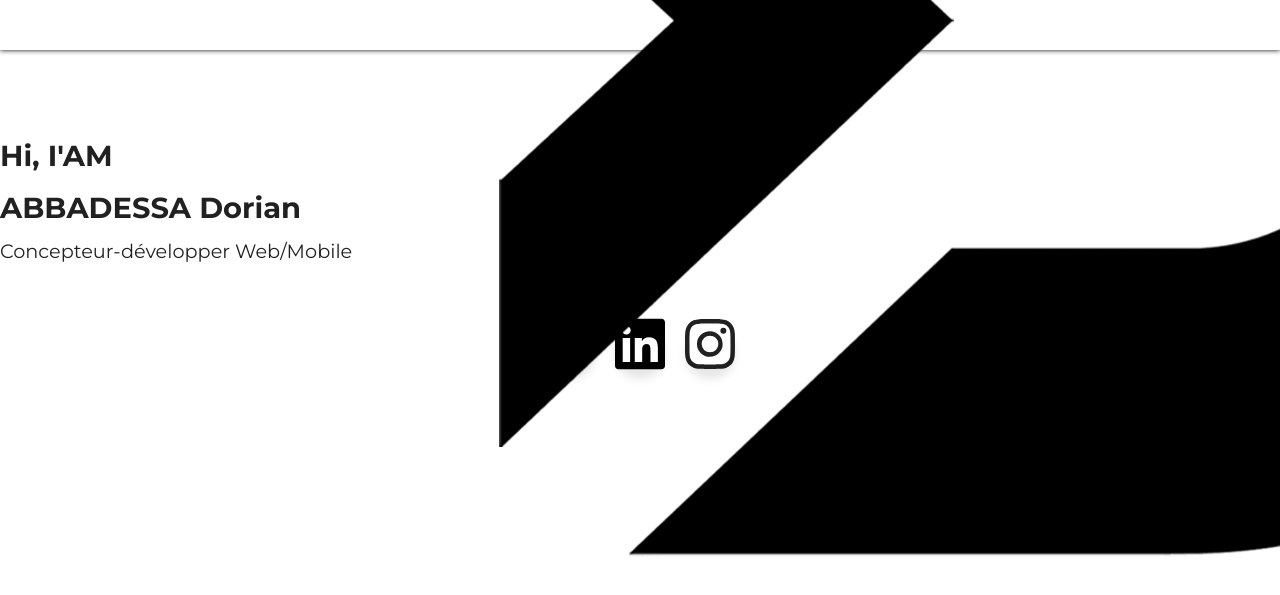
Repository: DorianABDS/Portfolio-ABBADESSA-Dorian
Page: index.html
The author's editor kept a copy of each file at every save. The page is drawn from the files as they stood at one save, then again after the next save.
The browser window is 1280 px wide. The pictures show the window.
A layer covers the whole window, so only the first screen is drawn.

Above is the page before, as saved 2024-11-27 23:12:51.

### index.html
<!DOCTYPE html>
<html lang="fr">
<head>
    <meta charset="UTF-8">
    <meta name="viewport" content="width=device-width, initial-scale=1.0">
    <meta charset="UTF-8">
    <meta name="viewport" content="width=device-width, initial-scale=1.0">
    <meta name="keywords" content="Portfolio, ABBADESSA Dorian, Web developper">
    <title>ABBADESSA Dorian - Portfolio</title>
    <link rel="shortcute icon" href="/src/img/Logo Div.png">
    <link rel="stylesheet" href="style.css">
</head>
<body>
    <header class="header">
        <nav class="navbar">
            <a href="index.html" class="logo"><img src="/src/img/Logo plat Div noir.png" alt=""></a>
            <div class="nav-links">
                <ul>
                    <li><a href="index.html">Accueil</a></li>
                    <li><a href="articles.html">Articles</a></li>
                    <li><a href="apropos.html">À propos</a></li>
                    <li><a href="contact.html">Contact</a></li>
                </ul>
            </div>
            <img src="/src/img/bars-solid.svg" alt="menu hamburger" class="menu-hamburger">
        </nav>
        <!-- <div class="social">
            <a href="#" title="Facebook"><img src="/src/img/icone Github.png" alt=""></a>
            <a href="#" title="Twitter"><img src="src/img/icone Linkedin.png" alt=""></a>
        </div> -->
    </header>
    <main>
        <section class="accueil">
            <div class="container-accueil">
                <h2>Hi, I'AM</h2>
                <h1><span>ABBADESSA Dorian</span></h1>
                <p>Concepteur-développer Web/Mobile</p>
                <div class="social">
                  <ul class="wrapper">
                    <li class="icon facebook">
                      <span class="tooltip">Facebook</span>
                      <img src="/src/img/github-brands-solid.svg" alt="">
                    </li>
                    <li class="icon twitter">
                      <span class="tooltip">Twitter</span>
                      <img src="/src/img/linkedin-brands-solid.svg" alt="">
                    </li>
                    <li class="icon instagram">
                      <span class="tooltip">Instagram</span>
                      <svg
                        xmlns="http://www.w3.org/2000/svg"
                        fill="currentColor"
                        class="bi bi-instagram"
                        viewBox="0 0 16 16"
                      >
                        <path
                          d="M8 0C5.829 0 5.556.01 4.703.048 3.85.088 3.269.222 2.76.42a3.917 3.917 0 0 0-1.417.923A3.927 3.927 0 0 0 .42 2.76C.222 3.268.087 3.85.048 4.7.01 5.555 0 5.827 0 8.001c0 2.172.01 2.444.048 3.297.04.852.174 1.433.372 1.942.205.526.478.972.923 1.417.444.445.89.719 1.416.923.51.198 1.09.333 1.942.372C5.555 15.99 5.827 16 8 16s2.444-.01 3.298-.048c.851-.04 1.434-.174 1.943-.372a3.916 3.916 0 0 0 1.416-.923c.445-.445.718-.891.923-1.417.197-.509.332-1.09.372-1.942C15.99 10.445 16 10.173 16 8s-.01-2.445-.048-3.299c-.04-.851-.175-1.433-.372-1.941a3.926 3.926 0 0 0-.923-1.417A3.911 3.911 0 0 0 13.24.42c-.51-.198-1.092-.333-1.943-.372C10.443.01 10.172 0 7.998 0h.003zm-.717 1.442h.718c2.136 0 2.389.007 3.232.046.78.035 1.204.166 1.486.275.373.145.64.319.92.599.28.28.453.546.598.92.11.281.24.705.275 1.485.039.843.047 1.096.047 3.231s-.008 2.389-.047 3.232c-.035.78-.166 1.203-.275 1.485a2.47 2.47 0 0 1-.599.919c-.28.28-.546.453-.92.598-.28.11-.704.24-1.485.276-.843.038-1.096.047-3.232.047s-2.39-.009-3.233-.047c-.78-.036-1.203-.166-1.485-.276a2.478 2.478 0 0 1-.92-.598 2.48 2.48 0 0 1-.6-.92c-.109-.281-.24-.705-.275-1.485-.038-.843-.046-1.096-.046-3.233 0-2.136.008-2.388.046-3.231.036-.78.166-1.204.276-1.486.145-.373.319-.64.599-.92.28-.28.546-.453.92-.598.282-.11.705-.24 1.485-.276.738-.034 1.024-.044 2.515-.045v.002zm4.988 1.328a.96.96 0 1 0 0 1.92.96.96 0 0 0 0-1.92zm-4.27 1.122a4.109 4.109 0 1 0 0 8.217 4.109 4.109 0 0 0 0-8.217zm0 1.441a2.667 2.667 0 1 1 0 5.334 2.667 2.667 0 0 1 0-5.334z"
                        ></path>
                      </svg>
                    </li>
                  </ul>

        </section>
        <section class="about-me">
            <div class="container-about-me">
                <h2>Présentation</h2>
                <h1><span>À propos de moi</span></h1>
            </div>
            <div class="card-about-me"></div>
            <div class="texte-about-me"><p>🌍 Étudiant en première année de <span>bachelor en développement web</span> à <span>LaPlateforme</span> à Martigues, étant très <span>créatif</span> et <span>optimiste</span>
              <br>
              🎯 Mon <span>objectif</span> est de rechercher une <span>alternance</span> dans le but de perfectionner mes <span>compétences techniques</span> en développement web et mobile, en vue de mettre en pratique ces compétences pour  concevoir des interfaces modernes, fonctionnelles et adaptées aux besoins des utilisateurs. J’ai pour <span>objectif</span> de devenir un <span>concepteur d’application web et mobile</span>.
              <br>
              🧠 J’aime partager mes <span>connaissances</span>, travailler sur tout type de <span>projets</span> ainsi que mener à bien les <span>missions</span> qui me sont <span>confiés</span>.
              <br>
              Bienvenue sur mon <span>portfolio</span>, je vous y invite et vous ouvres les portes de mon <span>univer</span>.
              </p></div>
        </section>
        <button class="button-cv">
            <svg
                width="24"
                height="24"
                viewBox="0 0 24 24"
                fill="none"
                xmlns="http://www.w3.org/2000/svg"
                >
                <path
                    d="M11 5C11 4.44772 11.4477 4 12 4C12.5523 4 13 4.44772 13 5V12.1578L16.2428 8.91501L17.657 10.3292L12.0001 15.9861L6.34326 10.3292L7.75748 8.91501L11 12.1575V5Z"
                    fill="currentColor"
                />
                <path
                    d="M4 14H6V18H18V14H20V18C20 19.1046 19.1046 20 18 20H6C4.89543 20 4 19.1046 4 18V14Z"
                    fill="currentColor"
                />
                </svg>
            Download CV
          </button>
    </div>
    </main>
</body>
<script>
    const menuHamburger = document.querySelector(".menu-hamburger")
    const navLinks = document.querySelector(".nav-links")

    menuHamburger.addEventListener('click',()=>{
    navLinks.classList.toggle('mobile-menu')
    })
</script>
</html>

### style.css
@font-face {
    font-family: "Montserrat";
    src: url(/src/font/Montserrat-VariableFont_wght.ttf);
}

* {
    margin: 0;
    padding: 0;
    text-decoration: none;
    list-style: none;
    box-sizing: border-box;

}

html, body {
    font-size: 19.3px;
    color: rgba(0, 0, 0, .87);
    background-color: #fff;
    font-family: "Montserrat", sans-serif;
    line-height: 1.8;
    font-weight: 400;
}

.navbar {
    background: rgb(255, 255, 255);
    box-shadow: 0 0 5px rgb(0, 0, 0);;
    top: 0;
    left: 0;
    height: 50px;
    width: auto;
    position: fixed;
    padding-left: 30px;
    padding-right: 61px;
    width: 100%;
    display: flex;
    justify-content: space-between;
    align-items: center;
    z-index: 100;
}

.navbar a {
    color: #292929;
    font-weight: 700;
    display: inline;
}

.navbar .nav-links ul li a::after {
    content: "";
    display: block;
    height: 2px;
    background: rgb(255, 255, 255);
    transform: scale(0);
    transition: transform 0.2s ease-in-out;
}

.navbar .nav-links ul li a:hover::after {
    transform: scale(1);
}

.navbar .logo {
    transform: none;
    font-weight: 700;
}

.navbar .nav-links ul {
    display: flex;
    align-items: center;
}

.navbar .nav-links ul li {
    display: flex;
    margin: 0 25px;
}

.navbar .nav-links ul li img {
    display: flex;
    padding: -20px;
    margin-left: -23px;
}

.navbar .menu-hamburger {
    display: none;
    position: absolute;
    top: 8px;
    right: 30px;
    width: 30px;
}

.accueil {
    padding-top: 80px;
    margin-top: 50px;
    width: 100%;
    height: 100vh;
}

.button-cv {
    border: none;
    display: flex;
    margin-right: 20px;
    padding: 0.75rem 1.5rem;
    background: linear-gradient(90deg, rgba(255,50,50,1) 0%, rgba(255,136,0,1) 100%);
    color: #ffffff;
    font-size: 0.75rem;
    line-height: 1rem;
    font-weight: 700;
    text-align: center;
    cursor: pointer;
    text-transform: uppercase;
    vertical-align: middle;
    align-items: center;
    border-radius: 0.5rem;
    user-select: none;
    gap: 0.75rem;
    box-shadow:
      0 4px 6px -1px #488aec31,
      0 2px 4px -1px #488aec17;
    transition: all 0.6s ease;
  }

  .button-cv:hover {
    box-shadow:
      0 10px 15px -3px #488aec4f,
      0 4px 6px -2px #488aec17;
  }

  .button-cv:focus,
  .button-cv:active {
    opacity: 0.85;
    box-shadow: none;
  }

  .button-cv svg {
    width: 1.25rem;
    height: 1.25rem;
  }

.about-me {
    display: flex;
    justify-content: center;
    text-align: center;
  }

.wrapper {
    display: inline-flex;
    list-style: none;
    height: 120px;
    width: 100%;
    padding-top: 40px;
    font-family: "Poppins", sans-serif;
    justify-content: center;
  }

  .wrapper .icon {
    position: relative;
    background: #fff;
    border-radius: 50%;
    margin: 10px;
    width: 50px;
    height: 50px;
    font-size: 18px;
    display: flex;
    justify-content: center;
    align-items: center;
    flex-direction: column;
    box-shadow: 0 10px 10px rgba(0, 0, 0, 0.1);
    cursor: pointer;
    transition: all 0.2s cubic-bezier(0.68, -0.55, 0.265, 1.55);
  }

  .wrapper .tooltip {
    position: absolute;
    top: 0;
    font-size: 14px;
    background: #fff;
    color: #fff;
    padding: 5px 8px;
    border-radius: 5px;
    box-shadow: 0 10px 10px rgba(0, 0, 0, 0.1);
    opacity: 0;
    pointer-events: none;
    transition: all 0.3s cubic-bezier(0.68, -0.55, 0.265, 1.55);
  }

  .wrapper .tooltip::before {
    position: absolute;
    content: "";
    height: 8px;
    width: 8px;
    background: #fff;
    bottom: -3px;
    left: 50%;
    transform: translate(-50%) rotate(45deg);
    transition: all 0.3s cubic-bezier(0.68, -0.55, 0.265, 1.55);
  }

  .wrapper .icon:hover .tooltip {
    top: -45px;
    opacity: 1;
    visibility: visible;
    pointer-events: auto;
  }

  .wrapper .icon:hover span,
  .wrapper .icon:hover .tooltip {
    text-shadow: 0px -1px 0px rgba(0, 0, 0, 0.1);
  }

  .wrapper .facebook:hover,
  .wrapper .facebook:hover .tooltip,
  .wrapper .facebook:hover .tooltip::before {
    background: #1877f2;
    color: #fff;
  }

  .wrapper .twitter:hover,
  .wrapper .twitter:hover .tooltip,
  .wrapper .twitter:hover .tooltip::before {
    background: #1da1f2;
    color: #fff;
  }

  .wrapper .instagram:hover,
  .wrapper .instagram:hover .tooltip,
  .wrapper .instagram:hover .tooltip::before {
    background: #e4405f;
    color: #fff;
  }


@media  screen and (max-width: 814px) {
    html, body {
        padding: 0 20px;
    }

    .navbar .menu-hamburger {
        display: block;
    }

    .nav-links.mobile-menu {
        margin-left: 0;
    }

    .navbar {
        padding: 0;
    }

    .navbar .logo {
        padding-left: 20px;
    }

    .navbar .logo img {
        display: flex;
        align-items: center;
        width: 50px;
    }

    .nav-links {
        position: absolute;
        background-color: #ffffff90;
        backdrop-filter: blur(8px);
        top: 0;
        left: 0;
        width: 100%;
        height: 100vh;
        display: flex;
        justify-content: center;
        align-items: center;
        margin-left: 100%;
        transition: all 0.5s ease;
    }

    .nav-links ul {
        display: flex;
        flex-direction: column;
        align-items: center;
    }

    .navbar .nav-links ul li {
        margin: 15px 0;
        font-size: 1.2em;
    }

    .accueil {
        height: 100%;
    }

    .accueil h2 {
        font-size: 22px;
        font-weight: 600;
        color: #292929;
    }

    .accueil h1 {
        display: inline-block;
        line-height: 100%;
        font-size: 40px;
        letter-spacing: -2px;
        font-weight: 800;
        background: linear-gradient(90deg, rgba(255,50,50,1) 0%, rgba(255,136,0,1) 100%);
        -webkit-background-clip: text;
        -webkit-text-fill-color: transparent;
    }

    .accueil p {
        height: 80px;
        line-height: 150%;
        margin-bottom: 80px;
    }

    .social {
        display: flex;
        justify-content: center;
    }

    .social a {
        display: flex;
        justify-content: center;
        margin: 0 10px;
        width: 30px;
    }

    .container-accueil img {
        height: 30px;
    }

    .container-about-me h1 {
        font-size: 12;
        background: linear-gradient(90deg, rgba(255,50,50,1) 0%, rgba(255,136,0,1) 100%);
        -webkit-background-clip: text;
        -webkit-text-fill-color: transparent;
    }

    .container-about-me h2 {
        line-height: 5px;
        font-size: 16px;
    }

    .about-me {
        height: 100%;
        display: flex;
        align-items: center;
        flex-direction: column;
        padding-top: 300px;
    }

    .card-about-me {
        box-sizing: border-box;
        width: 300px;
        height: 500px;
        background: rgba(217, 217, 217, 0.58);
        border: 1px solid white;
        box-shadow: 12px 17px 51px rgba(0, 0, 0, 0.22);
        backdrop-filter: blur(6px);
        border-radius: 0.5rem;
        text-align: center;
        cursor: pointer;
        transition: all 0.5s;
        display: flex;
        align-items: center;
        justify-content: center;
        user-select: none;
        font-weight: bolder;
        color: black;
    }

    .card-about-me img {
        height: 500px;
    }

    .about-me p {
        font-size: 16px;
        margin-top: 30px;
        text-align: start;

    }

    .about-me p span {
        margin-top: 30px;
        background: linear-gradient(90deg, rgba(255,50,50,1) 0%, rgba(255,136,0,1) 100%);
        -webkit-background-clip: text;
        -webkit-text-fill-color: transparent;
    }

    .wrapper {
        padding-top: 0;
        display: flex;
        justify-content: flex-start;
    }

    .button-cv {
        margin-top: 30px;
    }

    .card-about-me {
        margin: 30px 0;
    }
}

### src/img/bars-solid.svg
<svg xmlns="http://www.w3.org/2000/svg" viewBox="0 0 448 512" fill="#353535"><!--!Font Awesome Free 6.7.0 by @fontawesome - https://fontawesome.com License - https://fontawesome.com/license/free Copyright 2024 Fonticons, Inc.--><path d="M0 96C0 78.3 14.3 64 32 64l384 0c17.7 0 32 14.3 32 32s-14.3 32-32 32L32 128C14.3 128 0 113.7 0 96zM0 256c0-17.7 14.3-32 32-32l384 0c17.7 0 32 14.3 32 32s-14.3 32-32 32L32 288c-17.7 0-32-14.3-32-32zM448 416c0 17.7-14.3 32-32 32L32 448c-17.7 0-32-14.3-32-32s14.3-32 32-32l384 0c17.7 0 32 14.3 32 32z"/></svg>

### src/img/github-brands-solid.svg
<svg xmlns="http://www.w3.org/2000/svg" viewBox="0 0 496 512" fill="#292929"><!--!Font Awesome Free 6.7.1 by @fontawesome - https://fontawesome.com License - https://fontawesome.com/license/free Copyright 2024 Fonticons, Inc.--><path fill="#000000" d="M165.9 397.4c0 2-2.3 3.6-5.2 3.6-3.3 .3-5.6-1.3-5.6-3.6 0-2 2.3-3.6 5.2-3.6 3-.3 5.6 1.3 5.6 3.6zm-31.1-4.5c-.7 2 1.3 4.3 4.3 4.9 2.6 1 5.6 0 6.2-2s-1.3-4.3-4.3-5.2c-2.6-.7-5.5 .3-6.2 2.3zm44.2-1.7c-2.9 .7-4.9 2.6-4.6 4.9 .3 2 2.9 3.3 5.9 2.6 2.9-.7 4.9-2.6 4.6-4.6-.3-1.9-3-3.2-5.9-2.9zM244.8 8C106.1 8 0 113.3 0 252c0 110.9 69.8 205.8 169.5 239.2 12.8 2.3 17.3-5.6 17.3-12.1 0-6.2-.3-40.4-.3-61.4 0 0-70 15-84.7-29.8 0 0-11.4-29.1-27.8-36.6 0 0-22.9-15.7 1.6-15.4 0 0 24.9 2 38.6 25.8 21.9 38.6 58.6 27.5 72.9 20.9 2.3-16 8.8-27.1 16-33.7-55.9-6.2-112.3-14.3-112.3-110.5 0-27.5 7.6-41.3 23.6-58.9-2.6-6.5-11.1-33.3 2.6-67.9 20.9-6.5 69 27 69 27 20-5.6 41.5-8.5 62.8-8.5s42.8 2.9 62.8 8.5c0 0 48.1-33.6 69-27 13.7 34.7 5.2 61.4 2.6 67.9 16 17.7 25.8 31.5 25.8 58.9 0 96.5-58.9 104.2-114.8 110.5 9.2 7.9 17 22.9 17 46.4 0 33.7-.3 75.4-.3 83.6 0 6.5 4.6 14.4 17.3 12.1C428.2 457.8 496 362.9 496 252 496 113.3 383.5 8 244.8 8zM97.2 352.9c-1.3 1-1 3.3 .7 5.2 1.6 1.6 3.9 2.3 5.2 1 1.3-1 1-3.3-.7-5.2-1.6-1.6-3.9-2.3-5.2-1zm-10.8-8.1c-.7 1.3 .3 2.9 2.3 3.9 1.6 1 3.6 .7 4.3-.7 .7-1.3-.3-2.9-2.3-3.9-2-.6-3.6-.3-4.3 .7zm32.4 35.6c-1.6 1.3-1 4.3 1.3 6.2 2.3 2.3 5.2 2.6 6.5 1 1.3-1.3 .7-4.3-1.3-6.2-2.2-2.3-5.2-2.6-6.5-1zm-11.4-14.7c-1.6 1-1.6 3.6 0 5.9 1.6 2.3 4.3 3.3 5.6 2.3 1.6-1.3 1.6-3.9 0-6.2-1.4-2.3-4-3.3-5.6-2z"/></svg>

### src/img/linkedin-brands-solid.svg
<svg xmlns="http://www.w3.org/2000/svg" viewBox="0 0 448 512" fill="#292929"><!--!Font Awesome Free 6.7.1 by @fontawesome - https://fontawesome.com License - https://fontawesome.com/license/free Copyright 2024 Fonticons, Inc.--><path fill="#000000" d="M416 32H31.9C14.3 32 0 46.5 0 64.3v383.4C0 465.5 14.3 480 31.9 480H416c17.6 0 32-14.5 32-32.3V64.3c0-17.8-14.4-32.3-32-32.3zM135.4 416H69V202.2h66.5V416zm-33.2-243c-21.3 0-38.5-17.3-38.5-38.5S80.9 96 102.2 96c21.2 0 38.5 17.3 38.5 38.5 0 21.3-17.2 38.5-38.5 38.5zm282.1 243h-66.4V312c0-24.8-.5-56.7-34.5-56.7-34.6 0-39.9 27-39.9 54.9V416h-66.4V202.2h63.7v29.2h.9c8.9-16.8 30.6-34.5 62.9-34.5 67.2 0 79.7 44.3 79.7 101.9V416z"/></svg>

After the next save:
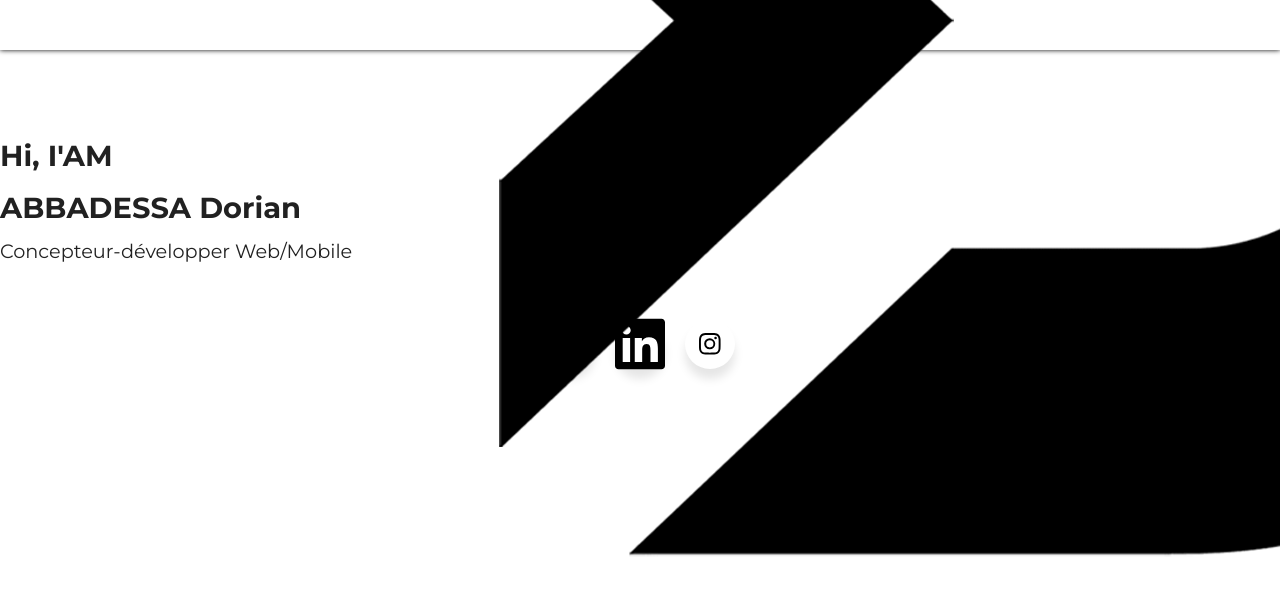
Saved 6 s later.
--- a/index.html
+++ b/index.html
@@ -49,7 +49,7 @@
                       <span class="tooltip">Instagram</span>
                       <svg
                         xmlns="http://www.w3.org/2000/svg"
-                        fill="currentColor"
+                        height="1.2em"
                         class="bi bi-instagram"
                         viewBox="0 0 16 16"
                       >
